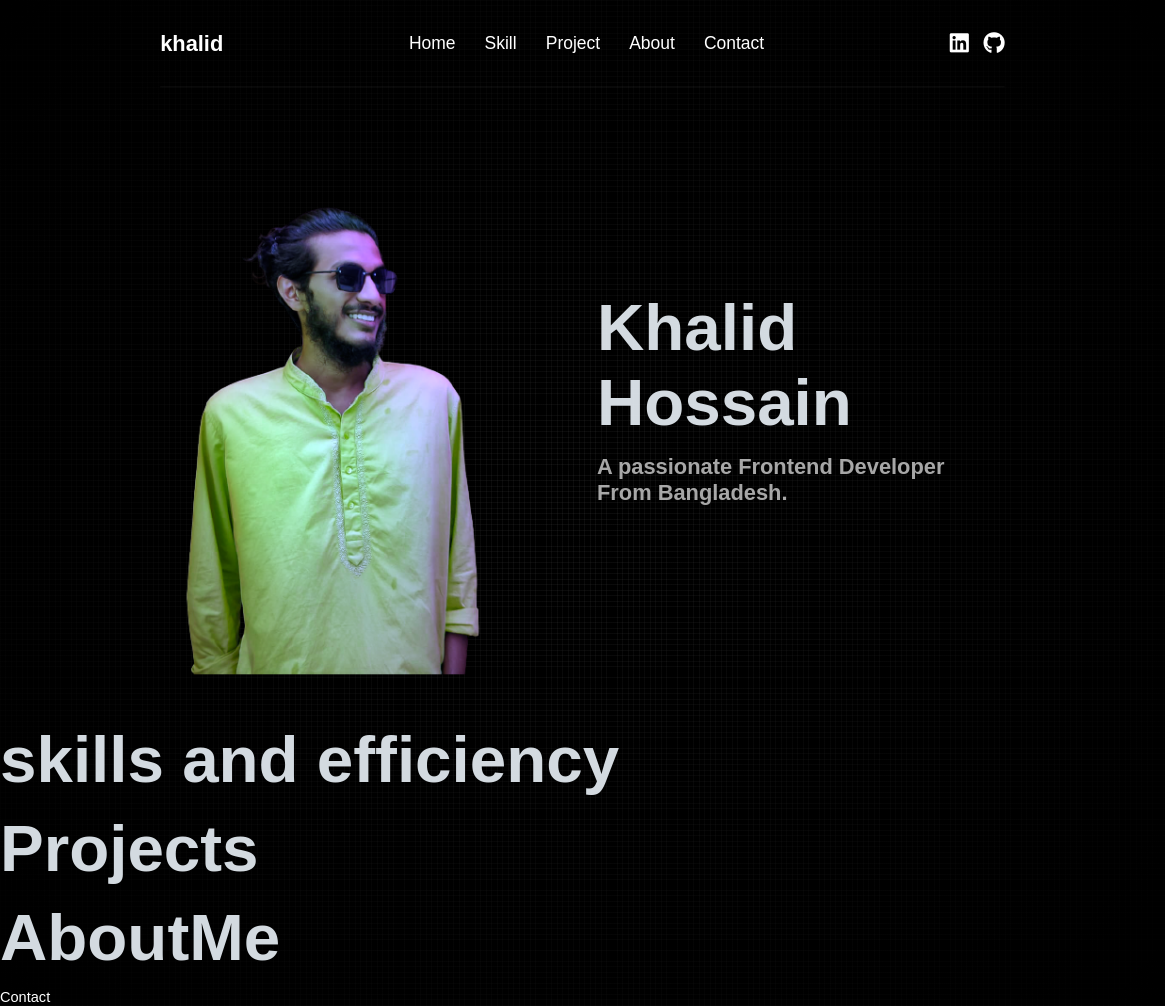
Repository: badhon252/my-portfolio
Page: /
An editor plug-in stored every save of this project. The page is shown before and after the next save, followed by the edit.
The browser window is 1280 px wide. The pictures show the whole page, at 91% of full size.
The project was rebuilt for these pictures with package versions that can differ from the ones it lists, and the page was loaded fresh each time. Also part of the build but not shown: src/Components/Home/Header/Navbar/Navs/LinkedIn/LinkedIn.module.css, src/Components/Home/Header/Navbar/Navs/GitHub/Github.module.css.

Above is the page before, as saved 2023-01-15 23:31:23.

### public/index.html
<!DOCTYPE html>
<html lang="en">

<head>
    <meta charset="utf-8" />
    <link rel="icon" href="%PUBLIC_URL%/favicon.ico" />
    <meta name="viewport" content="width=device-width, initial-scale=1" />
    <meta name="theme-color" content="#000000" />
    <meta name="description" content="Web site created using create-react-app, Portfolio" />
    <link rel="apple-touch-icon" href="%PUBLIC_URL%/logo192.png" />
    <link rel="stylesheet" href="https://cdnjs.cloudflare.com/ajax/libs/font-awesome/6.2.1/css/all.min.css">
    <link rel="manifest" href="%PUBLIC_URL%/manifest.json" />

    <title>Portfolio Website</title>
</head>

<body>
    <div id="root"></div>

    <script src="https://platform.linkedin.com/badges/js/profile.js" async defer type="text/javascript"></script>

</body>

</html>

### src/index.css
body {
    margin: 0;
    font-family: -apple-system, BlinkMacSystemFont, 'Segoe UI', 'Roboto', 'Oxygen', 'Ubuntu', 'Cantarell', 'Fira Sans', 'Droid Sans', 'Helvetica Neue', sans-serif;
    -webkit-font-smoothing: antialiased;
    -moz-osx-font-smoothing: grayscale;
    background-color: #000000;
    background-image: radial-gradient(circle at center center, transparent 0%, rgb(0, 0, 0) 99%), repeating-linear-gradient(0deg, rgba(163, 163, 163, 0.07) 0px, rgba(163, 163, 163, 0.07) 1px, transparent 1px, transparent 6px), repeating-linear-gradient(90deg, rgba(163, 163, 163, 0.07) 0px, rgba(163, 163, 163, 0.07) 1px, transparent 1px, transparent 6px), linear-gradient(90deg, rgb(0, 0, 0), rgb(0, 0, 0));
    color: #ffffff;
}

code {
    font-family: source-code-pro, Menlo, Monaco, Consolas, 'Courier New', monospace;
}

* {
    margin: 0;
    padding: 0;
    box-sizing: border-box;
    font-family: 'Poppins', sans-serif;
}

### src/App.js
import Home from './Components/Home/Home';

function App() {
  return (
    <div className="App">
      <Home/>
    </div>
  );
}

export default App;

### src/Components/Home/Home.jsx
import AboutMe from "./AboutMe/AboutMe";
import Footer from "./Footer/Footer";
import Header from "./Header/Header";
import Projects from "./Project/Projects";
import Skill from "./Skill/Skill";


export default function Home() {
  return (
    <div>
        <Header />
        <Skill/>
        <Projects/>
        <AboutMe/>
        <Footer/>

    </div>
  )
}

### src/Components/Home/AboutMe/AboutMe.jsx
import React from 'react';

const AboutMe = () => {
    return (
        <div>
            <h1>AboutMe</h1>
        </div>
    );
}

export default AboutMe;

### src/Components/Home/Footer/Footer.jsx
import React from 'react'
import Contact from './Contact/Contact'

export default function Footer() {
  return (
    <div>
        <Contact/>
    </div>
  )
}

### src/Components/Home/Header/Header.jsx
import React from 'react'
import HeaderContent from './HeaderContent/HeaderContent'
import Navbar from './Navbar/Navbar'
import Classes from './Header.module.css'

export default function Header() {
  return (
    <div className={Classes.header}>
      <Navbar/>
      <HeaderContent/>
    </div>
  )
}

### src/Components/Home/Project/Projects.jsx
import React from 'react';

const Projects = () => {
    return (
        <div>
            <h1>Projects</h1>
        </div>
    );
}

export default Projects;

### src/Components/Home/Skill/Skill.jsx
import React from 'react';

const SkillEfficiency = () => {
    return (
        <div>
        <h1>skills and efficiency</h1>
        </div>
    );
}

export default SkillEfficiency;

### src/Components/Home/Header/HeaderContent/HeaderContent.jsx
import Badhon from "../../../../Assests/Images/badhon-color.png";
import HeroSection from './HeroSection'
import Classes from "./Header.module.css";

export default function HeaderContent() {
  return (
    <div>
      <div className={Classes.heroSection}>
          <div className={Classes.row}>
            <HeroSection col={Classes.col}/>
            <div className={Classes.col}>
              <img src={Badhon} alt="Badhon" className={Classes.heroImage} />
            </div>

        </div>
      </div>
    </div>
  )
}

### src/Components/Home/Header/Navbar/Navbar.jsx
import "./Navs/Navs.css"
import "./Navbar.css"
import NavbarBrand from './NavbarBrand/NavbarBrand'
import Nav from './Navs/Nav/Nav'
import LinkedIn from './Navs/LinkedIn/LinkedIn'
import GitHub from './Navs/GitHub/Github'

export default function Navbar() {
  return (
    <div className='navBar borderBottom'>
            <NavbarBrand/>
            <Nav/>
         <div className='navBar'>
            <LinkedIn/>
            <GitHub/>
         </div>
    </div>
  )
}

### src/Components/Home/Header/Header.module.css
.header {
    min-height: 100vh;
    margin: 0 10rem;
    color: aliceblue;
    padding: 0 1rem;
}

### src/Components/Home/Header/HeaderContent/HeroSection.jsx
import Classes from "./Header.module.css";


export default function HeroSection({col}) {
  return (
    <div className={col}>
          <h1 className={Classes.h1}>Khalid Hossain</h1>
          <p>
            A passionate <span>Frontend Developer </span> From Bangladesh.
          </p>
    </div>
  );
}

### src/Components/Home/Header/HeaderContent/Header.module.css
.row {
    display: flex;
    flex-direction: row-reverse;
    justify-content: space-between;
    align-items: center;
    flex-wrap: wrap;
    margin: 3rem 0;
    gap: 2rem;
}

.col {
    flex-basis: 45%;
    flex: 1;
}

.heroImage {
    min-width: 300px;
    max-width: 600px;
    width: 100%;
    height: auto;
    box-sizing: border-box;
    overflow: hidden;
}

h1 {
    font-size: 4.5em;
    font-weight: 700;
    margin-bottom: 1rem;
    color: rgba(240, 248, 255, 0.877);
}

p {
    font-size: 1.5em;
    font-weight: 600;
    margin-bottom: 1rem;
    color: rgba(255, 255, 255, 0.651);
}

### src/Components/Home/Header/Navbar/Navs/Navs.css
.flexRow {
    display: flex;
    justify-content: space-between;
    align-items: center;
    flex-wrap: wrap;
    gap: 2rem;
}

.me_1 {
    margin-right: 1rem;
}

### src/Components/Home/Header/Navbar/Navbar.css
.boxShadow {
    -webkit-box-shadow: 0px 22px 40px -37px rgba(255, 255, 255, 1);
    -moz-box-shadow: 0px 22px 40px -37px rgba(255, 255, 255, 1);
    box-shadow: 0px 22px 40px -37px rgba(255, 255, 255, 1);
}

.borderBottom {
    border-bottom: 1px solid #f6f6f612;
}

### src/Components/Home/Header/Navbar/NavbarBrand/NavbarBrand.jsx
import Classes from "./NavbarBrand.module.css"
export default function NavbarBrand() {
  return (
    <div className={Classes.navbarBrand}>khalid</div>
  )
}

### src/Components/Home/Header/Navbar/Navs/Nav/Nav.jsx
import "./../Navs.css"
import "./Nav.css"
export default function Nav() {
  return (
    <div>
        <nav className="navBar" >
            <div className="container-fluid">

                {/* <button className="navbar-toggler" type="button" data-bs-toggle="collapse" data-bs-target="#navbarSupportedContent" aria-controls="navbarSupportedContent" aria-expanded="false" aria-label="Toggle navigation">
                <span className="navbar-toggler-icon"></span>
                </button> */}
                <div className="collapse navbar-collapse" id="navbarSupportedContent">
                <ul className="flexRow navbar-nav me-auto mb-2 mb-lg-0">
                    <li className="nav-item">
                    <a className="nav-link" href="#home">Home</a>
                    </li>
                    <li className="nav-item">
                    <a className="nav-link" href="#skill">Skill</a>
                    </li>
                    <li className="nav-item">
                    <a className="nav-link" href="#project">Project</a>
                    </li>
                    <li className="nav-item">
                    <a className="nav-link" href="#aboutMe">About</a>
                    </li>
                     <li className="nav-item">
                    <a className="nav-link" href="#contact">Contact</a>
                    </li>

                </ul>

                </div>
            </div>
        </nav>
    </div>
  )
}

### src/Components/Home/Header/Navbar/Navs/LinkedIn/LinkedIn.jsx
import "./LinkedIn.module.css"

export default function LinkedIn() {
  return (
    <div className='me_1' >
      <a href="https://www.linkedin.com/in/khalidhossainbadhon/" target="_blank" rel="noreferrer">
     <i class="fa-brands fa-linkedin"></i>
      </a>
    </div>
  )
}

### src/Components/Home/Header/Navbar/Navs/GitHub/Github.jsx
import Classes from "./Github.module.css"

export default function GitHub() {
  return (
    <div className={Classes.faBrands}>
      <a href="https://github.com/badhon252"><i class="fa-brands fa-github"></i></a>
    </div>
  )
}

### src/Components/Home/Header/Navbar/NavbarBrand/NavbarBrand.module.css
.navbarBrand {
    font-size: 1.5rem;
    font-weight: 700;
    color: rgb(255, 255, 255);
}

### src/Components/Home/Header/Navbar/Navs/Nav/Nav.css
.navBar {
    display: flex;
    justify-content: space-between;
    align-items: center;
    padding: 1.1rem 0;
    flex-wrap: wrap;
}

.navbar-nav {
    list-style-type: none;
    display: flex;
    justify-content: space-between;
}

.navbar-nav li a {
    text-decoration: none;
    color: rgb(255, 255, 255);
    font-size: 1.2rem;
    font-weight: 500;
    transition: all 0.3s ease-in-out;
}

.navbar-nav li a:hover {
    color: #49ff12;
}

.navbar-nav li a.active {
    color: #bb0707;
}

.navbar-nav li a.active:hover {
    color: #f1f1f1;
}

.navbar-nav li a.active::after {
    content: "";
    display: block;
    width: 100%;
    height: 2px;
    background: #f1f1f1;
    margin-top: 5px;
}

.navbar-nav li a.active:hover::after {
    background: #f1f1f1;
}

.fa-brands,
.fab {
    font-weight: 400;
    font-size: 1.5rem;
    color: #fff;
}

Loaded but not shown: src/index.js (common file); src/reportWebVitals.js (common file); src/Components/Home/Footer/Contact/Contact.jsx (common file)

After the next save:
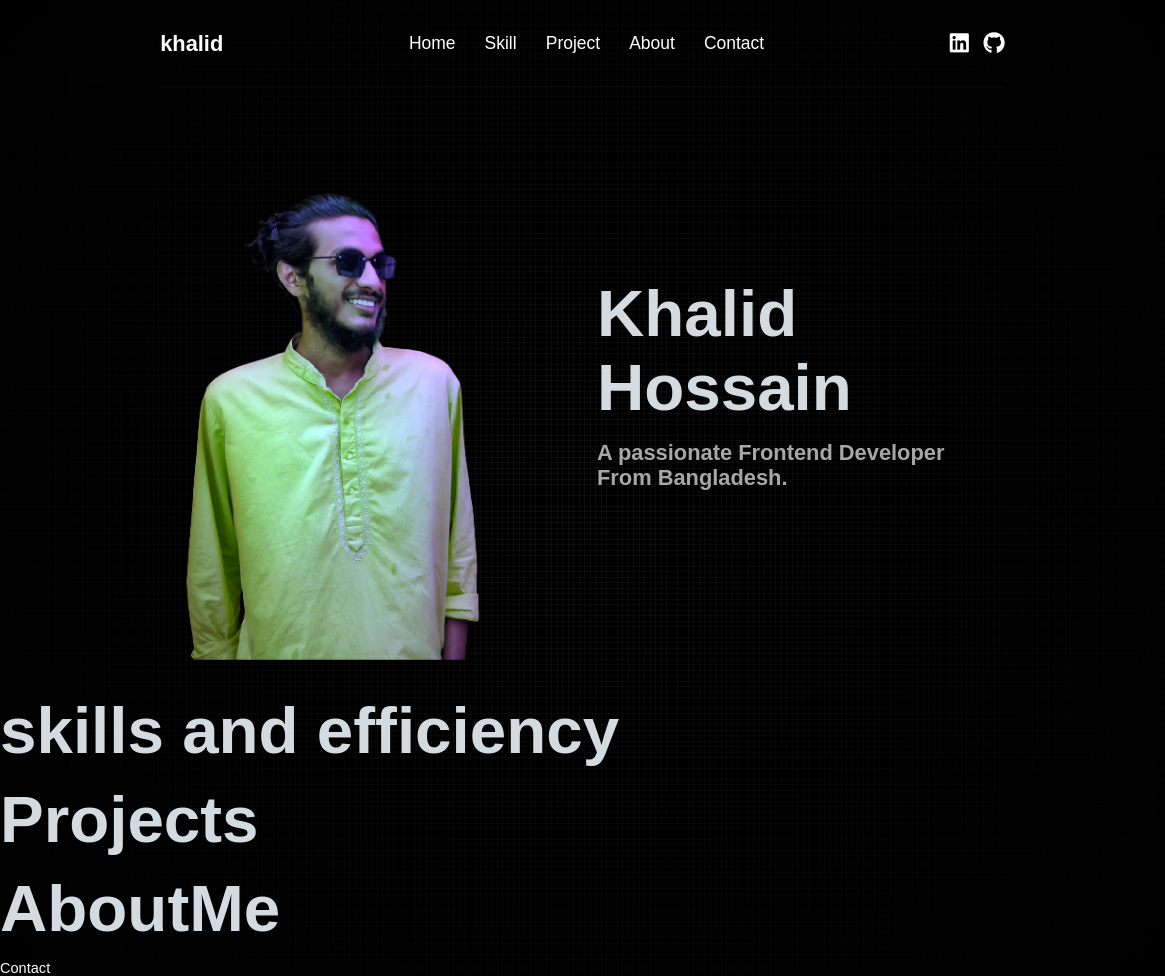
Saved 30 s later.
--- a/src/Components/Home/Header/HeaderContent/Header.module.css
+++ b/src/Components/Home/Header/HeaderContent/Header.module.css
@@ -4,7 +4,7 @@
     justify-content: space-between;
     align-items: center;
     flex-wrap: wrap;
-    margin: 3rem 0;
+    margin: 2rem 0;
     gap: 2rem;
 }
 
